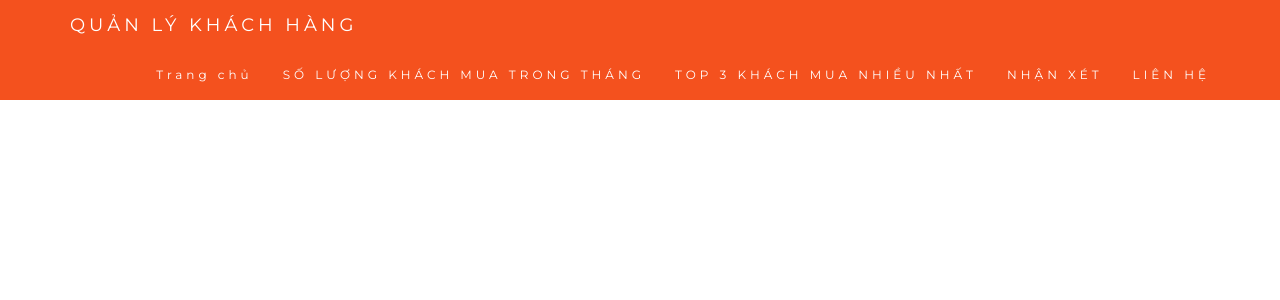
Repository: huutien1904/bt2-ltw
Page: index.html
An editor plug-in stored every save of this project. The page is shown before and after the next save, followed by the edit.
The browser window is 1280 px wide. The pictures show the whole page.

Above is the page before, as saved 2021-11-03 01:12:13.

After the next save:
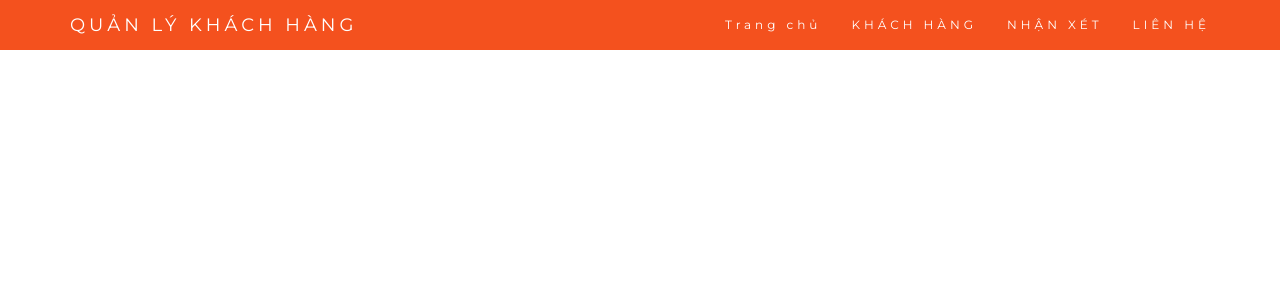
Saved 3 min 32 s later.
--- a/index.html
+++ b/index.html
@@ -26,8 +26,7 @@
           <div class="collapse navbar-collapse" id="myNavbar">
             <ul class="nav navbar-nav navbar-right">
               <li><a href="#about">Trang chủ</a></li>
-              <li><a href="#services">SỐ LƯỢNG KHÁCH MUA TRONG THÁNG</a></li>
-              <li><a href="#portfolio">TOP 3 KHÁCH MUA NHIỀU NHẤT</a></li>
+              <li><a href="#services">KHÁCH HÀNG</a></li>
               <li><a href="#pricing">NHẬN XÉT</a></li>
               <li><a href="#contact">LIÊN HỆ</a></li>
             </ul>
